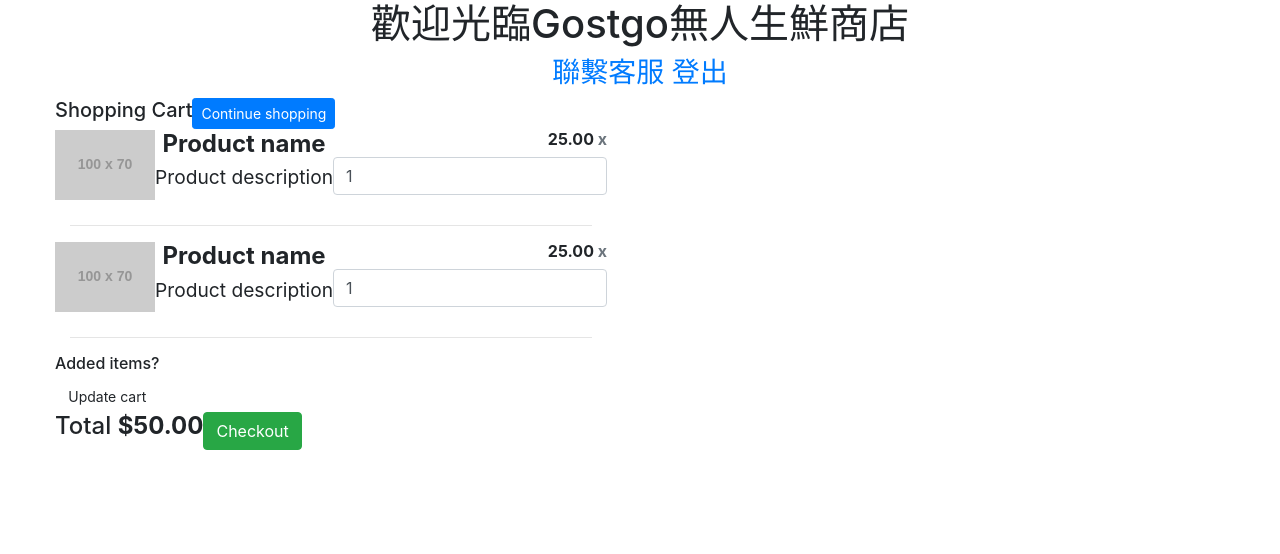
Repository: powerspd/III_AIOT05_team3_project
Page: http://localhost/this_is_demo/shopping.jsp
These files come from the project's save history. The page is drawn as it stood at one moment and after the next save; the edit follows.
The browser window is 1280 px wide. The pictures show the whole page.
Some web libraries are served in a nearby version. The page is served by Tomcat 9. The template is opened directly, without the code that normally fills it, so the values that code supplies are empty.

Above is the page before, as saved 2020-01-25 07:02:48.

After the next save:
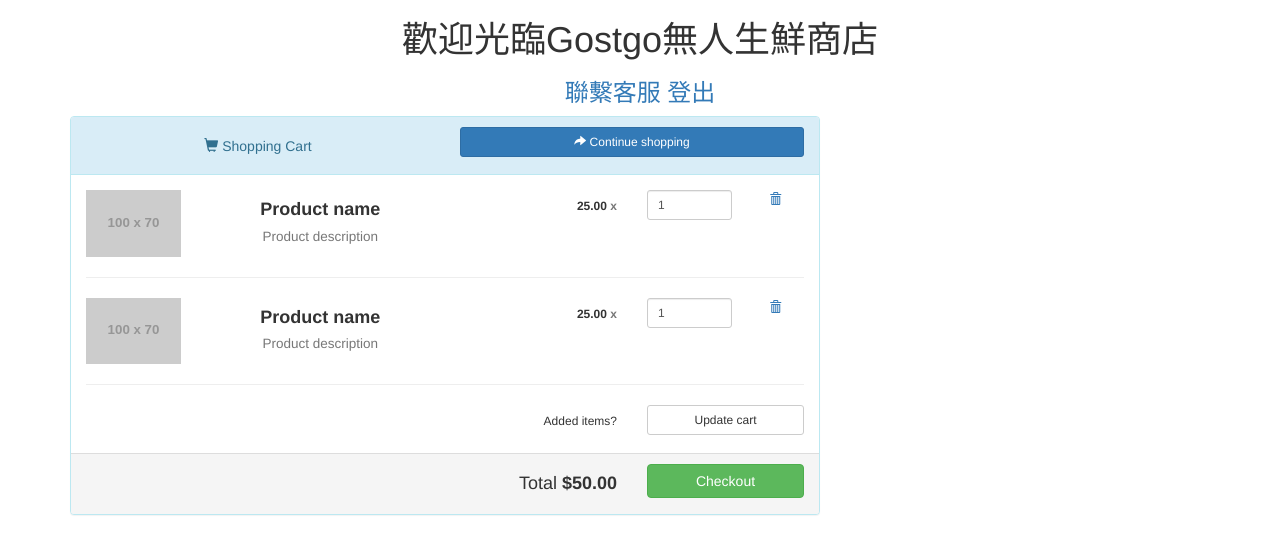
Console error (its wording comes from the project's code and is left out).
Saved 30 s later.
--- a/JavaWeb_Workspace/this_is_demo/WebContent/shopping.jsp
+++ b/JavaWeb_Workspace/this_is_demo/WebContent/shopping.jsp
@@ -4,11 +4,9 @@
 <head>
 	<meta http-equiv="Content-Type" content="text/html; charset=utf-8">
 	<title>使用者管理系統</title>
-
-	<link rel="stylesheet" href="https://maxcdn.bootstrapcdn.com/bootstrap/4.4.1/css/bootstrap.min.css">
-  	<script src="https://ajax.googleapis.com/ajax/libs/jquery/3.4.1/jquery.min.js"></script>
-  	<script src="https://cdnjs.cloudflare.com/ajax/libs/popper.js/1.16.0/umd/popper.min.js"></script>
-  	<script src="https://maxcdn.bootstrapcdn.com/bootstrap/4.4.1/js/bootstrap.min.js"></script>
+<link href="//netdna.bootstrapcdn.com/bootstrap/3.0.3/css/bootstrap.min.css" rel="stylesheet" id="bootstrap-css">
+<script src="//netdna.bootstrapcdn.com/bootstrap/3.0.3/js/bootstrap.min.js"></script>
+<script src="//code.jquery.com/jquery-1.11.1.min.js"></script>
 </head>
 <body>
 <div align="center" class="table-users">
